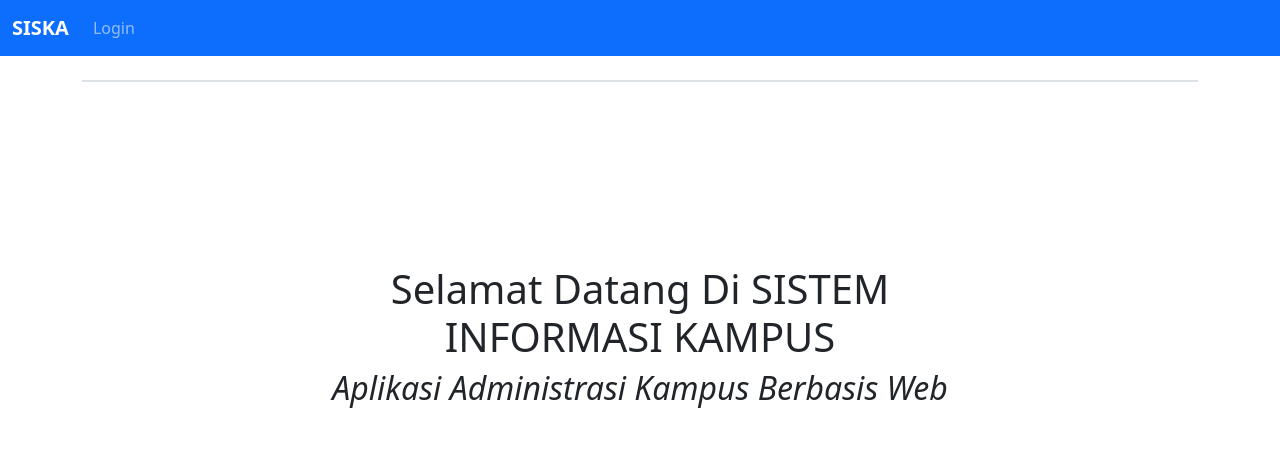
Repository: WiraAtma/administrasi-kampus
Page: http://localhost/
An editor plug-in stored every save of this project. The page is shown before and after a run of saves, followed by the edit.
The browser window is 1280 px wide. The pictures show the whole page.
The page is served by the project's Laravel application, run on PHP 8.4 with Laravel 12. Other server files are loaded and not shown.

Above is the page before, as saved 2024-10-25 15:28:01.

### routes/web.php
<?php

use App\Http\Controllers\AuthController;
use App\Http\Controllers\FakultasController;
use App\Http\Controllers\MahasiswaController;
use App\Http\Controllers\ProdiController;
use App\Http\Middleware\AdminAccess;
use App\Http\Middleware\DosenAccess;
use Illuminate\Support\Facades\Route;

Route::get('/', function() {
    return view('home');
});

Route::get('/login', [AuthController::class, 'login'])->name('login')->middleware('guest');
Route::post('/login', [AuthController::class, 'authenticing'])->middleware('guest');
Route::get('/logout', [AuthController::class, 'logout']);

Route::get('/mahasiswa', [MahasiswaController::class, 'index'])->middleware('auth');
Route::get('/mahasiswa-detail/{id}', [MahasiswaController::class, 'show'])->middleware('auth');
Route::get('/mahasiswa-create', [MahasiswaController::class, 'create'])->middleware([AdminAccess::class]);
Route::post('/filter-mahasiswa', [MahasiswaController::class, 'store'])->middleware([AdminAccess::class]);
Route::get('/mahasiswa-edit/{id}', [MahasiswaController::class, 'edit'])->middleware([DosenAccess::class]);
Route::put('/filter-mahasiswa/{id}', [MahasiswaController::class, 'update'])->middleware([DosenAccess::class]);
Route::get('/mahasiswa-delete/{id}', [MahasiswaController::class, 'delete'])->middleware([AdminAccess::class]);
Route::delete('/filter-delete-mahasiswa/{id}', [MahasiswaController::class, 'destroy'])->middleware([AdminAccess::class]);
Route::get('/mahasiswa-temporary', [MahasiswaController::class, 'mahasiswaDeleted'])->middleware([AdminAccess::class]);
Route::get('/filter-restore-mahasiswa/{id}', [MahasiswaController::class, 'restore'])->middleware([AdminAccess::class]);

Route::get('/prodi', [ProdiController::class, 'index'])->middleware('auth');
Route::get('/prodi-detail/{id}', [ProdiController::class, 'show'])->middleware('auth');
Route::get('/prodi-create', [ProdiController::class, 'create'])->middleware([AdminAccess::class]);
Route::post('/filter-prodi', [ProdiController::class, 'store'])->middleware([AdminAccess::class]);
Route::get('/prodi-edit/{id}', [ProdiController::class, 'edit'])->middleware([DosenAccess::class]);
Route::post('/filter-prodi/{id}', [ProdiController::class, 'update'])->middleware([DosenAccess::class]);
Route::get('/prodi-delete/{id}', [ProdiController::class, 'delete'])->middleware([AdminAccess::class]);
Route::delete('/filter-delete-prodi/{id}', [ProdiController::class, 'destroy'])->middleware(AdminAccess::class);
Route::get('/prodi-temporary', [ProdiController::class, 'prodiDeleted'])->middleware([AdminAccess::class]);
Route::get('/filter-restore-prodi/{id}', [ProdiController::class, 'restore'])->middleware([AdminAccess::class]);

Route::get('/fakultas', [FakultasController::class, 'index'])->middleware('auth');

### resources/views/home.blade.php
@extends('layouts.mainLayouts')

@section('title', 'Beranda')

@section('content')
<div class="container d-flex border">
    <div class="wrapper position-absolute top-50 start-50 translate-middle text-center">
        <h1>Selamat Datang Di SISTEM INFORMASI KAMPUS</h1>
        <h2><i>Aplikasi Administrasi Kampus Berbasis Web</i></h2>
        <div class="mt-5">
        @if(auth()->check() && auth()->user()->name != '')
            <h6>User Login : {{ Auth::user()->name }}</h6>
            <h6>User Position : {{ Auth::user()->role->name }}</h6>
        @else
        @endif
    </div>
    </div>

</div>

@endsection

### resources/views/layouts/mainLayouts.blade.php
<!DOCTYPE html>
<html lang="en">
<head>
    <meta charset="UTF-8">
    <meta name="viewport" content="width=device-width, initial-scale=1.0">
    <meta http-equiv="X-UA-Compatible" content="ie=edge">
    <title>SISKA | @yield('title')</title>
    <link href="https://cdn.jsdelivr.net/npm/bootstrap@5.3.3/dist/css/bootstrap.min.css" rel="stylesheet" integrity="sha384-QWTKZyjpPEjISv5WaRU9OFeRpok6YctnYmDr5pNlyT2bRjXh0JMhjY6hW+ALEwIH" crossorigin="anonymous">
</head>
<body>
    <nav class="navbar sticky-top bg-primary navbar-expand-lg" data-bs-theme="dark">
        <div class="container-fluid">
          <a class="navbar-brand" href="/" style="font-weight: bold">SISKA</a>
          <button class="navbar-toggler" type="button" data-bs-toggle="collapse" data-bs-target="#navbarTogglerDemo02" aria-controls="navbarTogglerDemo02" aria-expanded="false" aria-label="Toggle navigation">
            <span class="navbar-toggler-icon"></span>
          </button>
          <div class="collapse navbar-collapse" id="navbarTogglerDemo02">
            @if(auth()->check() && auth()->user()->name != '')
              <ul class="navbar-nav me-auto mb-2 mb-lg-0">
                <li class="nav-item">
                  <a class="nav-link {{ request()->is('/') ? 'active' : ''}}" href="/">Beranda</a>
                </li>
                <li class="nav-item">
                  <a class="nav-link {{ request()->is('mahasiswa') ? 'active' : ''}}" href="/mahasiswa">Mahasiswa</a>
                </li>
                <li class="nav-item">
                  <a class="nav-link {{ request()->is('prodi') ? 'active' : ''}}" href="/prodi">Program Studi</a>
                </li>
                <li class="nav-item">
                  <a class="nav-link {{ request()->is('fakultas') ? 'active' : ''}}" href="/fakultas">Fakultas Kampus</a>
                </li>
              </ul>
            @else
            @endif
            <ul class="navbar-nav">
              <li class="nav-item">
                @if(auth()->check() && auth()->user()->name != '')
                  <a href="/logout" class="nav-link">Logout</a>
                @else
                  <a href="/login" class="nav-link">Login</a>
                @endif
              </li>
            </ul>
          </div>
        </div>
    </nav>
    <div class="container mt-4">
        @yield('content')
    </div>
    <script src="https://cdn.jsdelivr.net/npm/bootstrap@5.3.3/dist/js/bootstrap.bundle.min.js" integrity="sha384-YvpcrYf0tY3lHB60NNkmXc5s9fDVZLESaAA55NDzOxhy9GkcIdslK1eN7N6jIeHz" crossorigin="anonymous"></script>
</body>
</html>

After the next 4 saves:
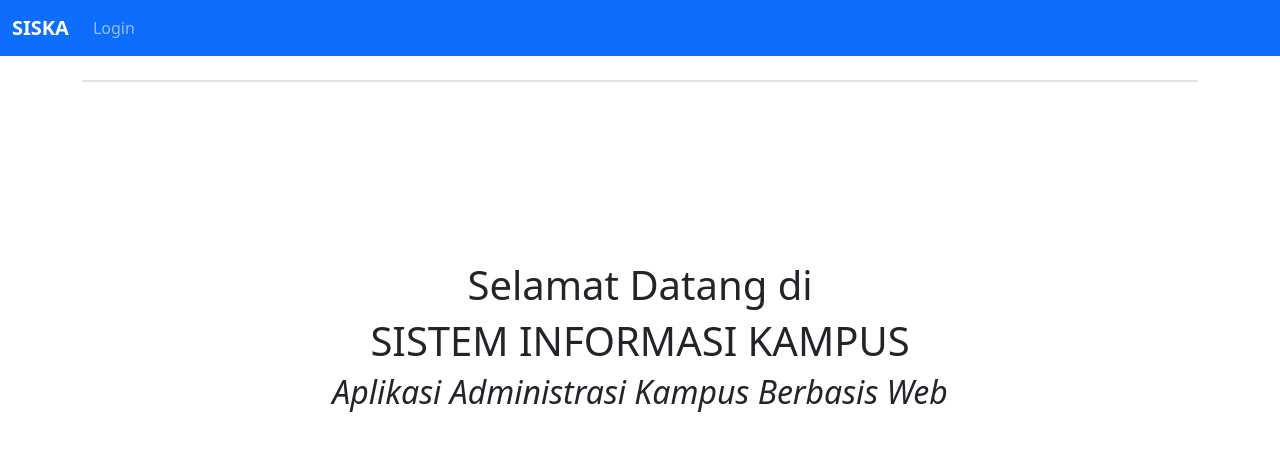
The 4 saves are shown as one change because they came seconds apart.
The last was saved 20 s later.
--- a/resources/views/home.blade.php
+++ b/resources/views/home.blade.php
@@ -5,7 +5,8 @@
 @section('content')
 <div class="container d-flex border">
     <div class="wrapper position-absolute top-50 start-50 translate-middle text-center">
-        <h1>Selamat Datang Di SISTEM INFORMASI KAMPUS</h1>
+        <h1>Selamat Datang di </h1>
+        <h1>SISTEM INFORMASI KAMPUS</h1>
         <h2><i>Aplikasi Administrasi Kampus Berbasis Web</i></h2>
         <div class="mt-5">
         @if(auth()->check() && auth()->user()->name != '')
